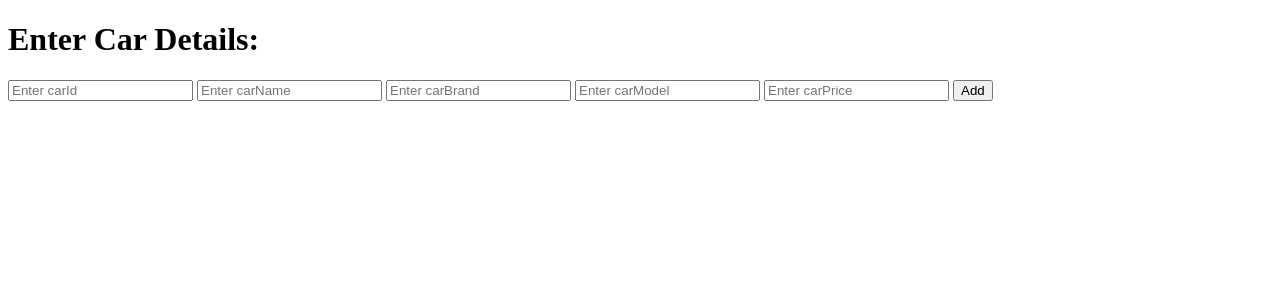
Repository: Dhirajkumar02/Advance-Java--J2EE-
Page: ServletProjecct_CarDB/src/main/webapp/AddCar.html
These files come from the project's save history. The page is drawn as it stood at one moment and after the next save; the edit follows.
The browser window is 1280 px wide. The pictures show the whole page.

Above is the page before, as saved 2024-11-14 11:23:25.

### ServletProjecct_CarDB/src/main/webapp/AddCar.html
<!DOCTYPE html>
<html>
<head>
<meta charset="UTF-8">
<title>Insert title here</title>
</head>
<body>
<h1>Enter Car Details:</h1>
<form action="add-car">
<input type="number" placeholder="Enter carId" name="carId" >
<input type="text" placeholder="Enter carName" name="carName" >
<input type="text" placeholder="Enter carBrand" name="carBrand">
<input type="text" placeholder="Enter carModel" name="carModel">
<input type="number" placeholder="Enter carPrice" name="carPrice">
<input type="submit" value="Add">
</form>
</body>
</html>

After the next save:
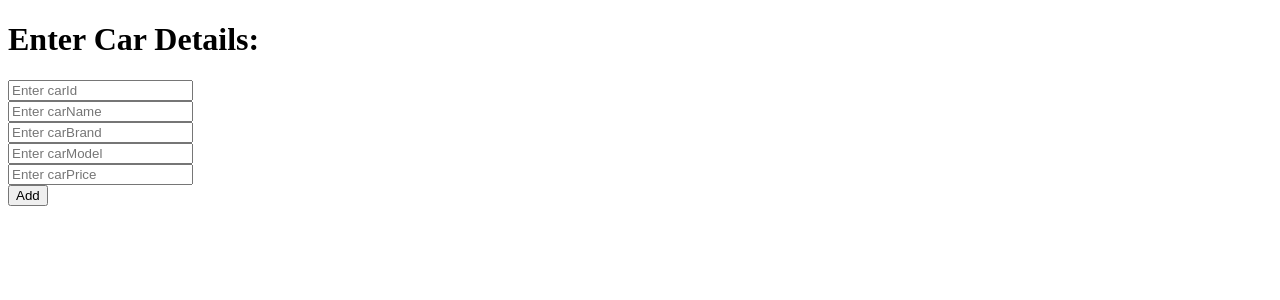
Saved 98 s later.
--- a/ServletProjecct_CarDB/src/main/webapp/AddCar.html
+++ b/ServletProjecct_CarDB/src/main/webapp/AddCar.html
@@ -7,11 +7,11 @@
 <body>
 <h1>Enter Car Details:</h1>
 <form action="add-car">
-<input type="number" placeholder="Enter carId" name="carId" >
-<input type="text" placeholder="Enter carName" name="carName" >
-<input type="text" placeholder="Enter carBrand" name="carBrand">
-<input type="text" placeholder="Enter carModel" name="carModel">
-<input type="number" placeholder="Enter carPrice" name="carPrice">
+<input type="number" placeholder="Enter carId" name="carId" ><br>
+<input type="text" placeholder="Enter carName" name="carName" ><br>
+<input type="text" placeholder="Enter carBrand" name="carBrand"><br>
+<input type="text" placeholder="Enter carModel" name="carModel"><br>
+<input type="number" placeholder="Enter carPrice" name="carPrice"><br>
 <input type="submit" value="Add">
 </form>
 </body>
